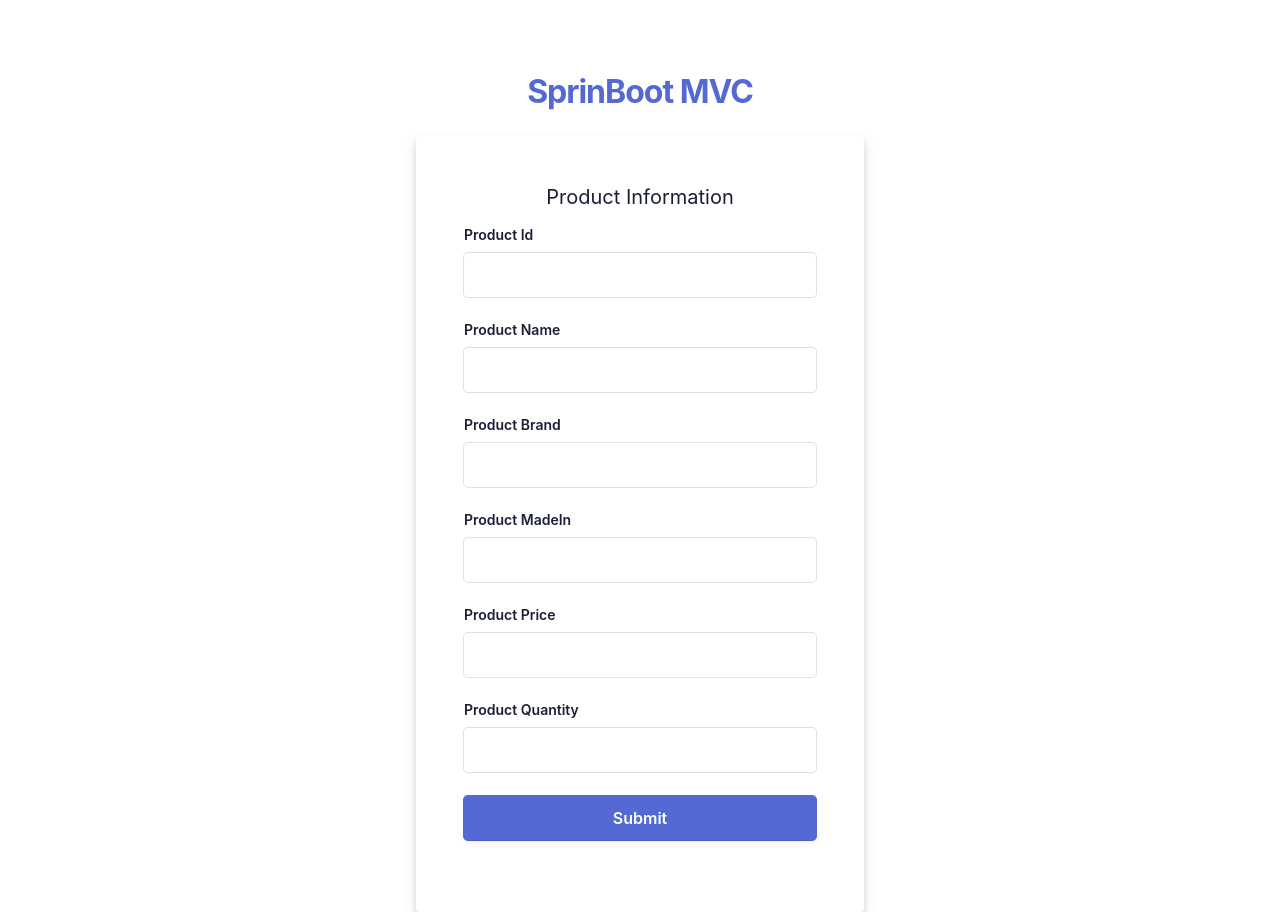
Repository: Prishu1310/SpringBootProjects
Page: http://localhost/add-product
An editor plug-in stored every save of this project. The page is shown before and after the next save, followed by the edit.
The browser window is 1280 px wide. The pictures show the whole page.
The page is this project's Thymeleaf template; nobody is signed in. The template is opened directly, without the code that normally fills it, so the values that code supplies are empty.

Above is the page before, as saved 2024-12-21 17:03:11.

After the next save:
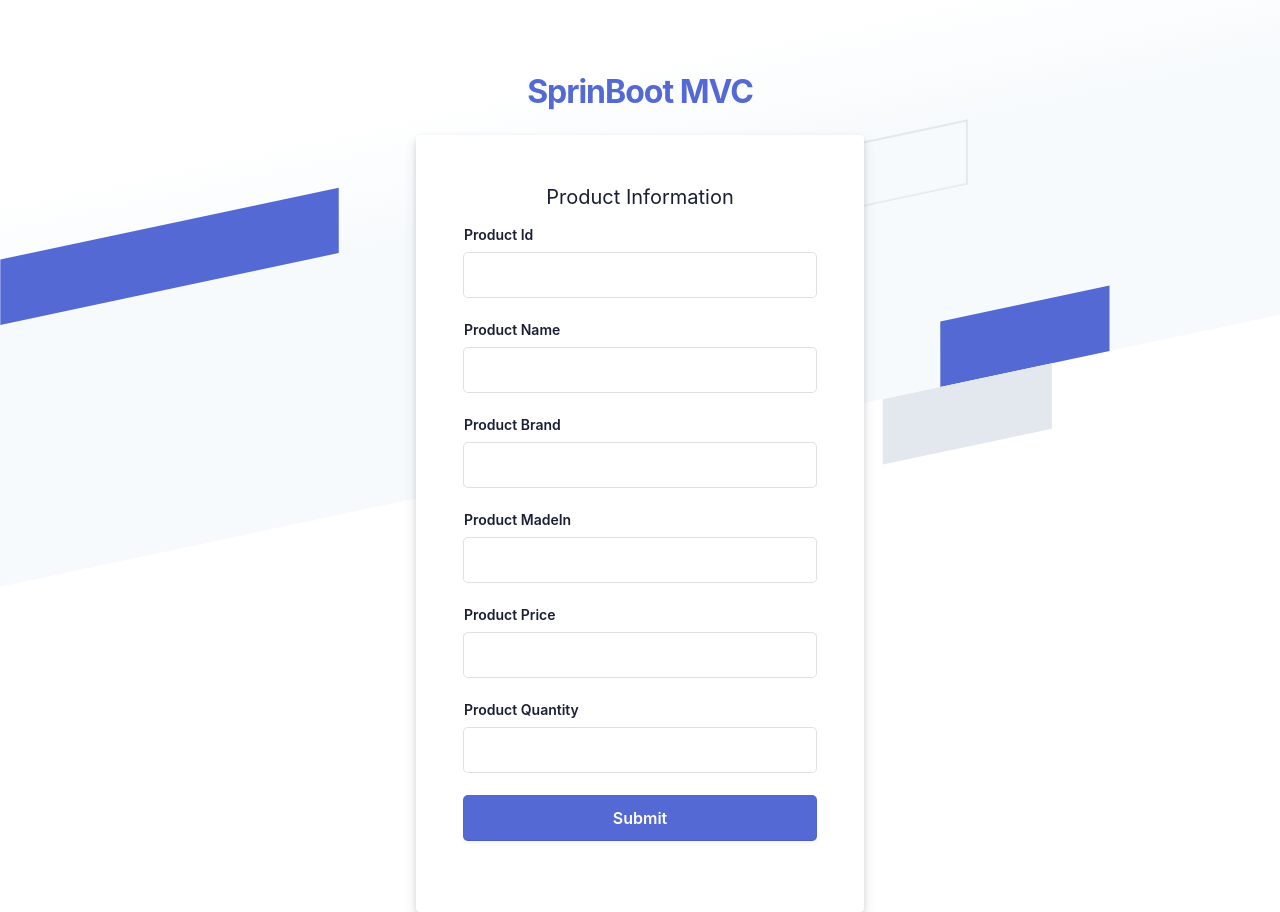
Saved 74 s later.
--- a/com.springbootmvc/src/main/resources/templates/add-product.html
+++ b/com.springbootmvc/src/main/resources/templates/add-product.html
@@ -58,7 +58,17 @@ a {
     -ms-flex-direction: column;
     flex-direction: column;
 }
-
+.loginbackground-gridContainer {
+    display: -ms-grid;
+    display: grid;
+    -ms-grid-columns: [start] 1fr [left-gutter] (86.6px) 16 [left-gutter] 1fr [end];
+    grid-template-columns: [start] 1fr [left-gutter] repeat(16,86.6px) [left-gutter] 1fr [end];
+    -ms-grid-rows :  [top] 1fr [top-gutter] (64px) 8 [bottom-gutter] 1fr [bottom];
+    grid-template-rows: [top] 1fr [top-gutter] repeat(8,64px) [bottom-gutter] 1fr [bottom];
+    justify-content: center;
+    margin: 0 -2%;
+    transform: rotate(-12deg) skew(-12deg);
+}
 .box-divider--light-all-2 {
     box-shadow: inset 0 0 0 2px #e3e8ee;
 }
